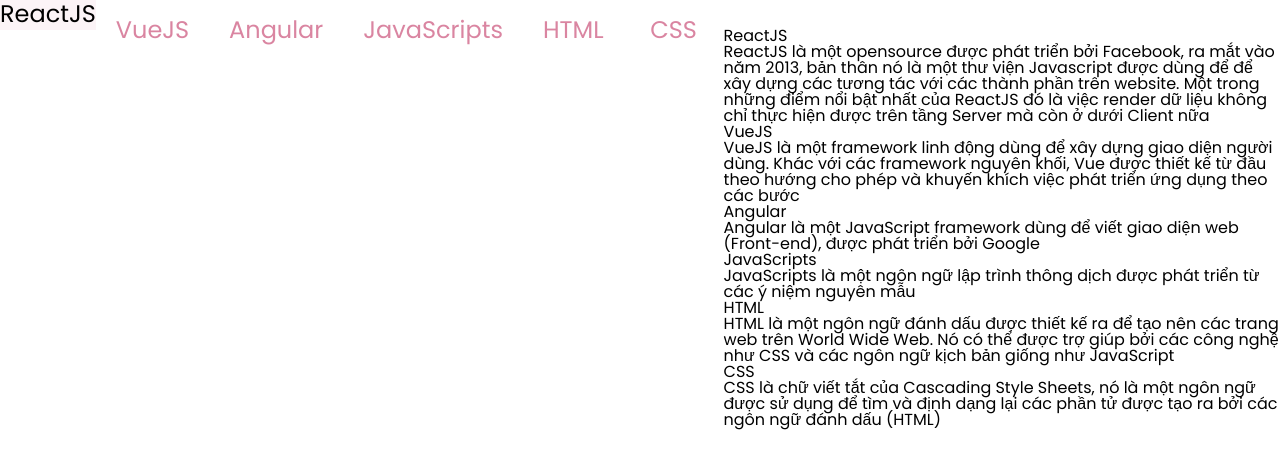
Repository: HoangLong0210/TabsUI
Page: index.html
These files come from the project's save history. The page is drawn as it stood at one moment and after the next save; the edit follows.
The browser window is 1280 px wide. The pictures show the whole page.

Above is the page before, as saved 2022-05-16 11:19:36.

After the next save:
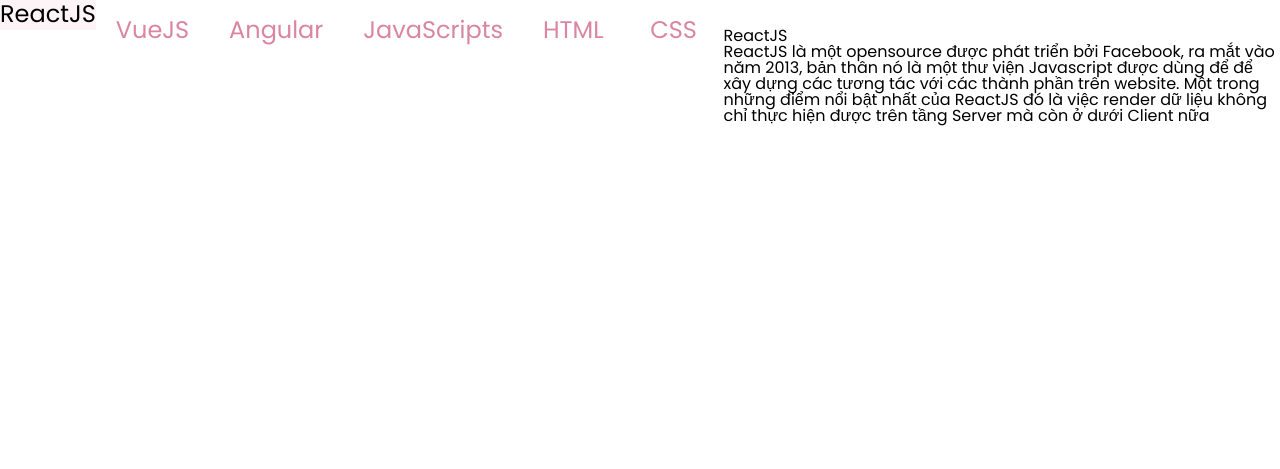
Saved 111 s later.
--- a/style.css
+++ b/style.css
@@ -65,3 +65,17 @@
 .content {
     padding: 28px 0;
 }
+
+.content__description{
+    color: #333;
+  display: none;
+}
+
+.tab-item.active{
+    display: block;
+}
+
+.tab__item h2{
+    font-size: 24px;
+  margin-bottom: 8px;
+}
